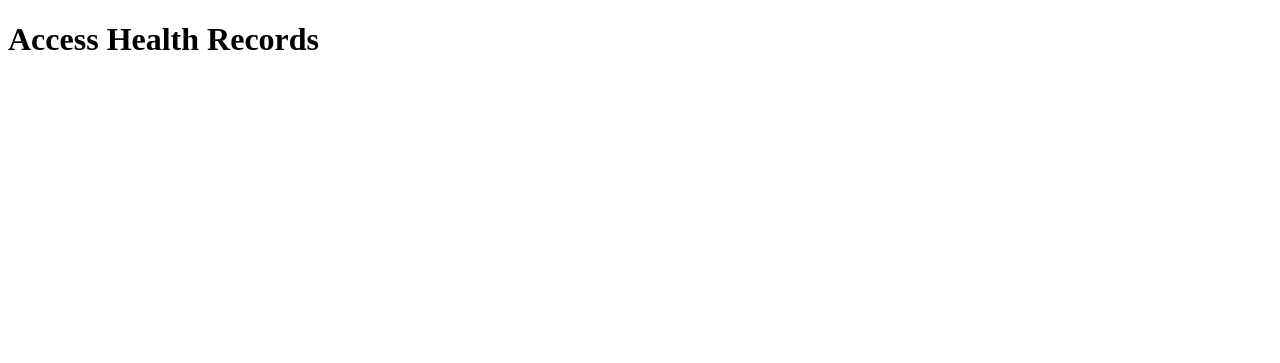
Repository: jaytriggz/Hospital-Management-System
Page: access_health_records.html
An editor plug-in stored every save of this project. The page is shown before and after the next save, followed by the edit.
The browser window is 1280 px wide. The pictures show the whole page.

Above is the page before, as saved 2024-07-04 15:52:45.

After the next save:
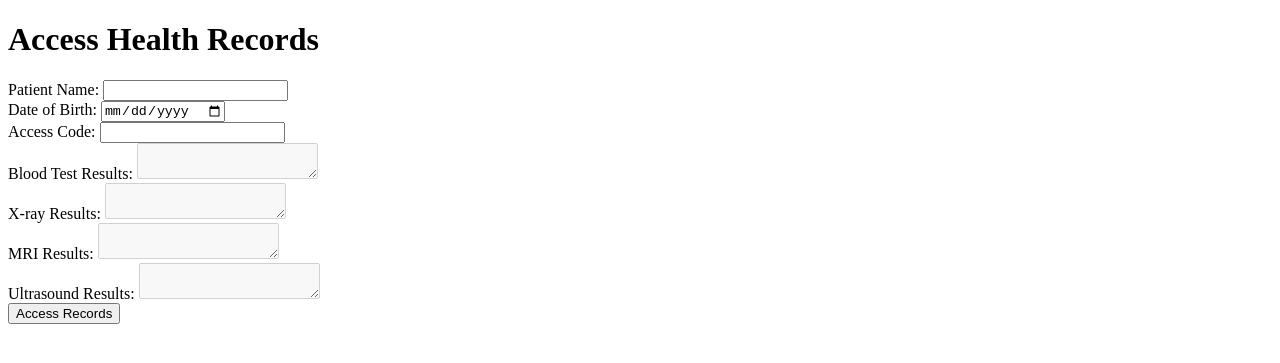
Saved 3 min 21 s later.
--- a/access_health_records.html
+++ b/access_health_records.html
@@ -6,6 +6,56 @@
 </head>
 <body>
     <h1>Access Health Records</h1>
-    <!-- Content for accessing health records -->
+    <form id="healthRecordsForm">
+        <label for="patientName">Patient Name:</label>
+        <input type="text" id="patientName" name="patientName" required><br>
+
+        <label for="dateOfBirth">Date of Birth:</label>
+        <input type="date" id="dateOfBirth" name="dateOfBirth" required><br>
+
+        <label for="accessCode">Access Code:</label>
+        <input type="text" id="accessCode" name="accessCode" required><br>
+
+        <label for="bloodTest">Blood Test Results:</label>
+        <textarea id="bloodTest" name="bloodTest" disabled></textarea><br>
+
+        <label for="xray">X-ray Results:</label>
+        <textarea id="xray" name="xray" disabled></textarea><br>
+
+        <label for="mri">MRI Results:</label>
+        <textarea id="mri" name="mri" disabled></textarea><br>
+
+        <label for="ultrasound">Ultrasound Results:</label>
+        <textarea id="ultrasound" name="ultrasound" disabled></textarea><br>
+
+        <button type="submit">Access Records</button>
+    </form>
+
+    <script>
+        document.getElementById('healthRecordsForm').addEventListener('submit', function(event) {
+            event.preventDefault();
+
+            // Simulate fetching health records based on the form input (for demonstration)
+            const patientName = document.getElementById('patientName').value;
+            const dateOfBirth = document.getElementById('dateOfBirth').value;
+            const accessCode = document.getElementById('accessCode').value;
+
+            // Here you could fetch actual health records from a server/database based on the inputs
+
+            // For demonstration, we'll just display a message with fetched data
+            const fetchedData = {
+                bloodTest: "Blood test results for " + patientName,
+                xray: "X-ray results for " + patientName,
+                mri: "MRI results for " + patientName,
+                ultrasound: "Ultrasound results for " + patientName
+            };
+
+            // Update textareas with fetched data (for demonstration)
+            document.getElementById('bloodTest').value = fetchedData.bloodTest;
+            document.getElementById('xray').value = fetchedData.xray;
+            document.getElementById('mri').value = fetchedData.mri;
+            document.getElementById('ultrasound').value = fetchedData.ultrasound;
+        });
+    </script>
 </body>
 </html>
